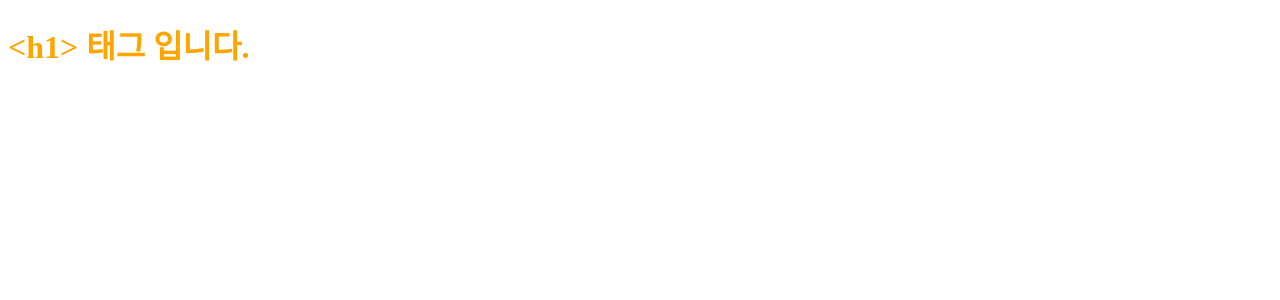
Repository: Dalso13/workspace
Page: workspace_exam/Test_1/WebContent/02_css/00_inline_css.html
These files come from the project's save history. The page is drawn as it stood at one moment and after the next save; the edit follows.
The browser window is 1280 px wide. The pictures show the whole page.

Above is the page before, as saved 2023-03-15 01:16:34.

After the next save:
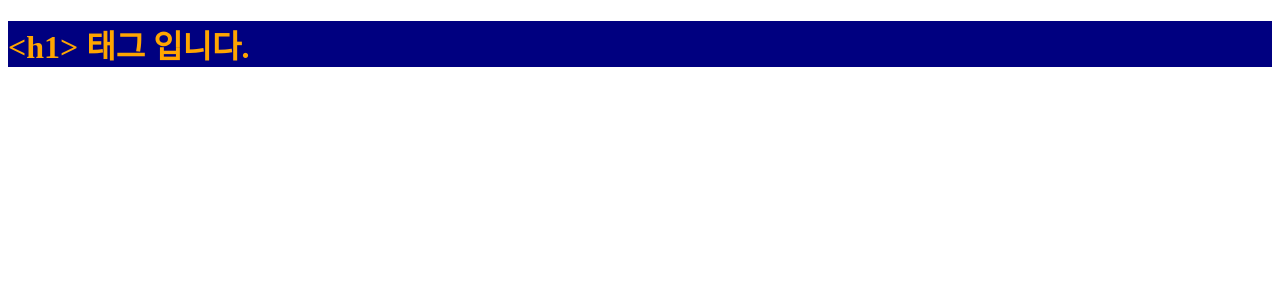
Saved 46 s later.
--- a/workspace_exam/Test_1/WebContent/02_css/00_inline_css.html
+++ b/workspace_exam/Test_1/WebContent/02_css/00_inline_css.html
@@ -5,6 +5,6 @@
 <title>Insert title here</title>
 </head>
 <body>
-	<h1 style="color: orange;">&lt;h1&gt; 태그 입니다.</h1>
+	<h1 style="color: orange; background-color: navy;">&lt;h1&gt; 태그 입니다.</h1>
 </body>
 </html>
